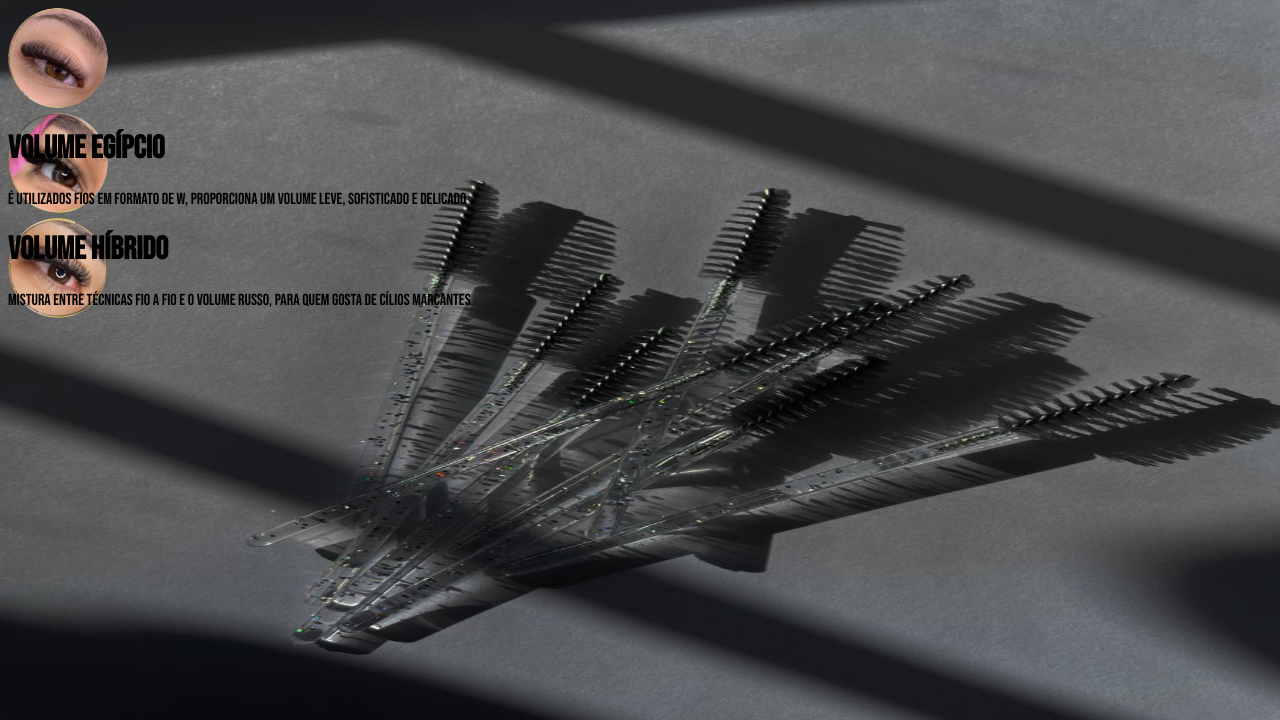
Repository: ketlyn-lash-designer/Ketlyn_Lash_Designer
Page: src/Pages/Modelos.html
The author's editor kept a copy of each file at every save. The page is drawn from the files as they stood at one save, then again after the next save.
The browser window is 1280 px wide. The pictures show the whole page.

Above is the page before, as saved 2024-03-29 21:43:33.

### src/Pages/Modelos.html
<!DOCTYPE html>
<html lang="en">
  <head>
    <meta charset="UTF-8" />
    <meta name="viewport" content="width=device-width, initial-scale=1.0" />
    <link rel="stylesheet" href="../Styles/Modelos.css" />
    <link rel="preconnect" href="https://fonts.googleapis.com" />
    <link rel="preconnect" href="https://fonts.gstatic.com" crossorigin />
    <link
      href="https://fonts.googleapis.com/css2?family=Bebas+Neue&display=swap"
      rel="stylesheet"
    />
    <title>Document</title>
  </head>
  <body>
    <div class="modelos">
      <img src="../Images/volume-egípcio.png" alt="" />
      <img src="../Images/volume-hibrido.png" alt="" />
      <img src="../Images/volume-brasileiro.png" alt="" />
    </div>
    <div id="descricao">
      <h1>Volume Egípcio</h1>
      <p>
        É utilizados fios em formato de w, proporciona um volume leve,
        sofisticado e delicado
      </p>
      <h1>Volume Híbrido</h1>
      <p>
        Mistura entre técnicas fio a fio e o volume russo, para quem gosta de
        cílios marcantes
      </p>

    </div>
  </body>
</html>

### src/Styles/Modelos.css
:root {
  --cor-cinza: #4b4949;
  --cor-rosa: #ff1493;
  --font-family: "Bebas Neue", sans-serif;
}

body {
  background-image: url("../Images/escovinhaspretas.jpg");
  background-size: 100% 100%;
  font-family: var(--font-family);
  background-position: center;
  background-attachment: fixed;
  background-repeat: no-repeat;
  overflow: hidden;
}

.modelos,
img {
  width: 100px;
  height: 100px;
  border-radius: 50%;
}

After the next save:
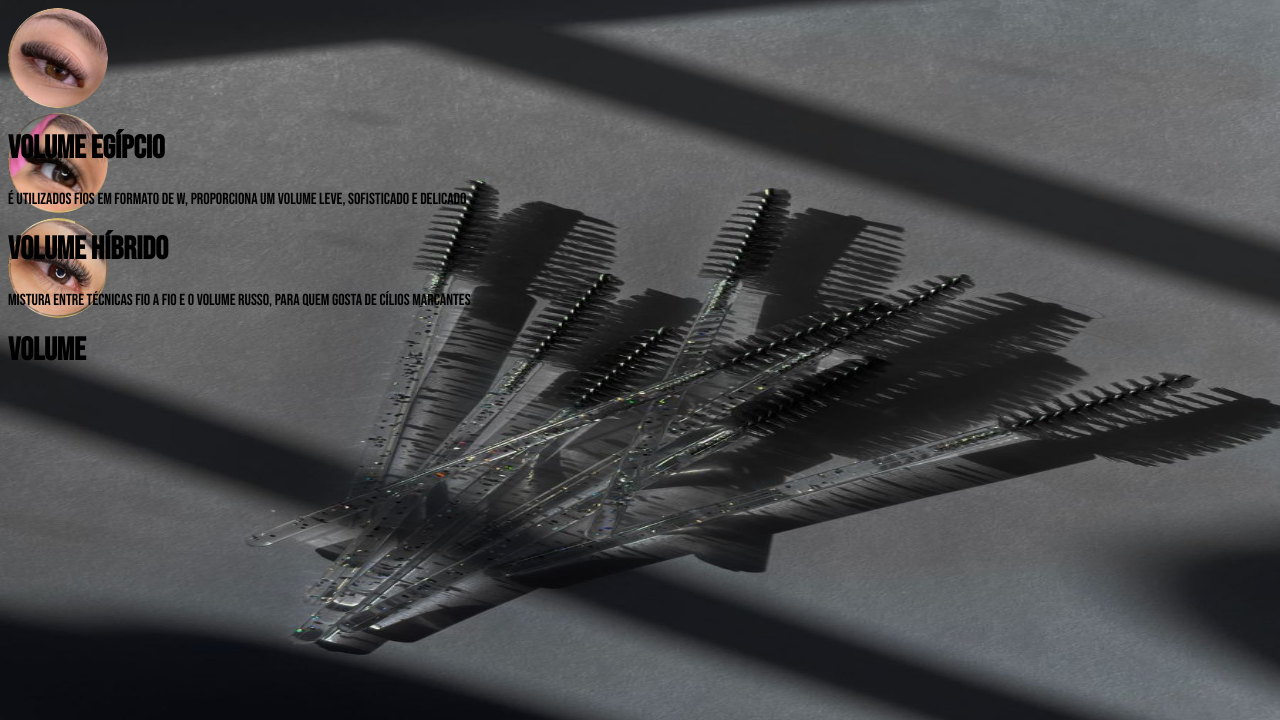
Saved 4 s later.
--- a/src/Pages/Modelos.html
+++ b/src/Pages/Modelos.html
@@ -29,7 +29,7 @@
         Mistura entre técnicas fio a fio e o volume russo, para quem gosta de
         cílios marcantes
       </p>
-
+			<h1>Volume </h1>
     </div>
   </body>
 </html>
